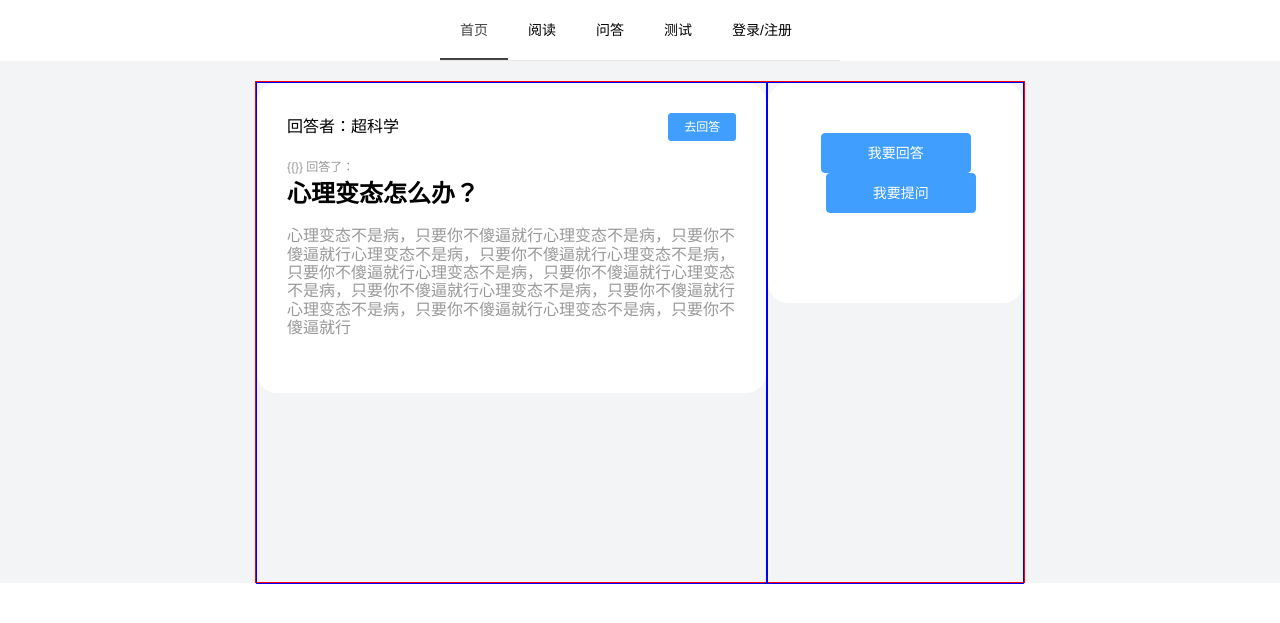
Repository: shengligo/xyx_vue_v1
Page: /qs
These files come from the project's save history. The page is drawn as it stood at one moment and after the next save; the edit follows.
The browser window is 1280 px wide. The pictures show the whole page.
The project was rebuilt for these pictures with package versions that can differ from the ones it lists, and the page was loaded fresh each time. Also part of the build but not shown: vue.config.js, src/views/home/childComps/Art.vue, src/views/author/authors.vue.

Above is the page before, as saved 2021-09-04 16:21:34.

### public/index.html
<!DOCTYPE html>
<html lang="">
  <head>
    <meta charset="utf-8">
    <meta http-equiv="X-UA-Compatible" content="IE=edge">
    <meta name="viewport" content="width=device-width,initial-scale=1.0">
    <link rel="icon" href="<%= BASE_URL %>favicon.ico">
    <title>project0000001</title>
  </head>
  <body>
    <noscript>
      <strong>We're sorry but <%= htmlWebpackPlugin.options.title %> doesn't work properly without JavaScript enabled. Please enable it to continue.</strong>
    </noscript>
    <div id="app"></div>
    <!-- built files will be auto injected -->
  </body>
</html>

### src/main.js
import Vue from 'vue'
import App from './App.vue'
import router from './router'
import store from './store'
import 'element-ui/lib/theme-chalk/index.css';
import axios from "axios";
axios.defaults.baseURL = "/api"; // http://10.1.2.85:8091/essay
axios.defaults.headers.common["Content-Type"] ="application/json;charset=UTF-8";
axios.defaults.withCredentials = true // 表示跨域请求时是否需要使用凭证
Vue.prototype.$ajax = axios;
import ElementUI from 'element-ui'

Vue.config.productionTip = false
Vue.use(ElementUI)

new Vue({
  router,
  store,
  render: h => h(App)
}).$mount('#app')

### src/App.vue
<template>
  <div id="app">
    <nav-bar ></nav-bar>
    <!-- <carousel></carousel> -->
    <!-- <art></art> -->


    <router-view></router-view>

  </div>
</template>
<script>

import NavBar from './components/common/NavBar'
import Art from '@/views/home/childComps/Art'
// import Carousel from '@/components/common/Carousel'


export default {
  name: "app",
  components:{
    NavBar,
    Art,




  }
};
</script>



<style>
@import url('assets/css/normalize.css');
#app{
  font-family: "Helvetica Neue",Helvetica,"PingFang SC","Hiragino Sans GB","Microsoft YaHei","微软雅黑",Arial,sans-serif;
}



</style>

### src/router/index.js

import Vue from 'vue'
import VueRouter from 'vue-router'
import Auther from '../views/author/authors.vue'

const Home = () => import('../views/home/Home')

const Question = () => import('../views/questions/Question')
const Read = () => import('../views/read/Read')
const Test = () => import('../views/testing/Test')
const Login = () => import('../components/common/login/Login')
const originalPush = VueRouter.prototype.push

VueRouter.prototype.push = function push(location) {
  return originalPush.call(this, location).catch(err => err)
}
// fksdljfkjdsjflsdjlfja
Vue.use(VueRouter)

const routes = [
  {
    path: '/',
    name: 'Home',
    component: Home
  },
  {
    path: '/auther',
    component: Auther
  },
  // {
  //   path: '/home',
  //   name: 'Home',
  //   component: Home
  // },

  {
    path:'/qs',
    name:'Qs',
    component:Question
  },
  {
    path:'/read',
    name:'Read',
    component:Read
  },
  {
    path:'/test',
    name:'Test',
    component:Test
  },
  {
    path:'/login',
    name:'Login',
    component:Login
  }
]

const router = new VueRouter({
  mode: 'history',
  base: process.env.BASE_URL,
  routes
})

export default router

### src/store/index.js
import Vue from 'vue'
import Vuex from 'vuex'

Vue.use(Vuex)

export default new Vuex.Store({
  state: {
    activeIndex:'1',
    baceUrl: 'http://10.1.2.85:8091/'
  },
  mutations: {
    ChangeActive (state,index) {
      // console.log(state,index)
      state.activeIndex = index
    }
  },
  actions: {
  },
  modules: {
  }
})

### src/components/common/NavBar.vue
<template>
  <div>
     <div class="nav">

       <el-menu
          :default-active="$store.state.activeIndex"
          class="el-menu-demo"
          mode="horizontal"
          text-color="#000000"
          active-text-color="#444444"
        >
          <el-menu-item index="1" @click="itemclick">首页</el-menu-item>
          <el-menu-item index="2" @click="itemclick2">阅读</el-menu-item>
          <el-menu-item index="3" @click="itemclick3">问答</el-menu-item>
          <el-menu-item index="4" @click="itemclick4">测试</el-menu-item>
          <el-menu-item index="5" @click="itemclick5">登录/注册</el-menu-item>
        </el-menu>

     </div>

  </div>
</template>

<script>


export default {

  name: "navbar",
  data() {
    return {
    }
  },
  methods:{
    itemclick(){
      console.log('itemclick');
      this.$router.push("/")
    },
    itemclick2(){
      this.$router.push("/read")
    },
    itemclick3(){
      this.$router.push("./qs")
    },
    itemclick4(){
      this.$router.push('./test')
    },
    itemclick5(){
      this.$router.push('/login')
    }

  },

};
</script>

<style scoped>
.nav{

  margin: 0 auto;
  /* background-color: rgba(217, 221, 221, 0.918);
   */
   /* background-color: #5880A9; */
  padding: 0;


}
.nav>.el-menu{
  width: 400px;
  margin: 0 auto;
  /* background-color: rgba(217, 221, 221, 0.918); */
}

</style>

### src/views/questions/Question.vue
<template>
  <div id="question">
    <div class="bodyCenter">
      <div class="bodyright">
        <div v-for="(item,index) in results" :key="index" class="rightbox">

          <div>
            <div class="answerer">
              <span>回答者：{{item.answerer}}</span>
              <el-button type="primary" size="mini">去回答</el-button>
            </div>
            <div class="time">{{}} 回答了：</div>
            <h2 class="title">{{item.title}}</h2>
            <div class="answerContent">{{item.answerContent}}</div>
          </div>
        </div>
      </div>
      <div class="bodyleft">
        <div class="leftbox">
          <div class="leftboxbutton">
            <el-button type="primary" >我要回答</el-button>
            <el-button type="primary" >我要提问</el-button>
          </div>


        </div>
      </div>
    </div>
  </div>
</template>

<script>
export default {
  name: "question",
  data() {
    return {
      results: [
        {
          title: "心理变态怎么办？",
          quizzer: "花开富贵",
          quizContent: "心理超级变态是不是没救了",
          quizType: null,
          status: null,
          label: null,
          answerer: "超科学",
          answerContent:
            "心理变态不是病，只要你不傻逼就行心理变态不是病，只要你不傻逼就行心理变态不是病，只要你不傻逼就行心理变态不是病，只要你不傻逼就行心理变态不是病，只要你不傻逼就行心理变态不是病，只要你不傻逼就行心理变态不是病，只要你不傻逼就行心理变态不是病，只要你不傻逼就行心理变态不是病，只要你不傻逼就行",
          likePoint: 0
        }
      ]
    };
  }
};
</script>

<style scoped>
#question {
  width: 100%;
  height: 100%;
  padding-top: 20px;
  background-color: rgb(243, 244, 245);
}
.bodyCenter {
  width: 60%;
  height: 500px;
  margin: 0 auto;
  display: flex;
  border: 1px solid red;
}
.bodyright {
  border: 1px solid blue;
  /* width: 40%; */
  flex: 2;
  height: 500px;
}
.bodyleft {
  border: 1px solid blue;
  /* width: 20%; */
  flex: 1;
  height: 500px;
}
.rightbox {
  height: 250px;
  width: calc(100% - 60px);
  padding: 30px;
  border-radius: 20px;
  background-color: #fff;
}
.answerer {
  display: flex;
  justify-content: space-between;
  line-height: 28px;
}
.time {
  margin-top: 20px;
  font-size: 12px;
  color: #999;
}
.title {
  margin-top: 5px;
}
.answerContent {
  color: #999;
}
.leftbox {
  padding: 50px 30px;
  height: 120px;
  border-radius: 20px;
  background-color: #fff;
}
.leftboxbutton {
  text-align: center;
}
.leftboxbutton button{
  width: 150px;
}
</style>

Loaded but not shown: src/assets/css/normalize.css (library)

After the next save:
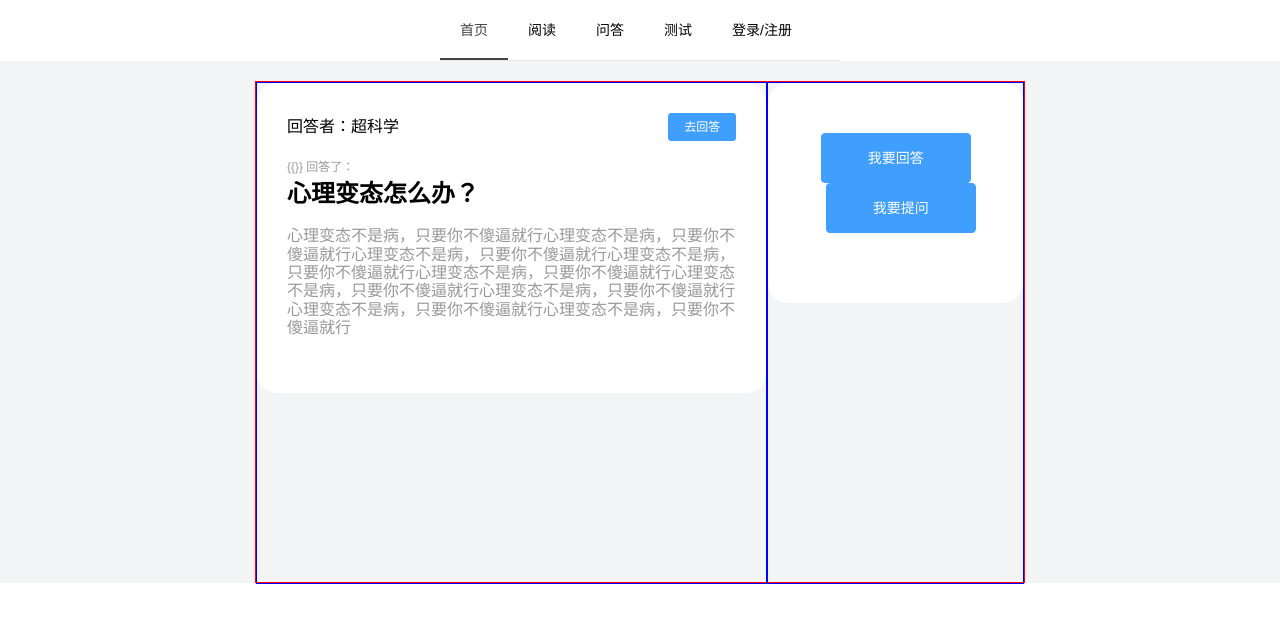
Saved 20 s later.
--- a/src/views/questions/Question.vue
+++ b/src/views/questions/Question.vue
@@ -113,5 +113,6 @@
 }
 .leftboxbutton button{
   width: 150px;
+  height: 50px;
 }
 </style>

After the save that followed:
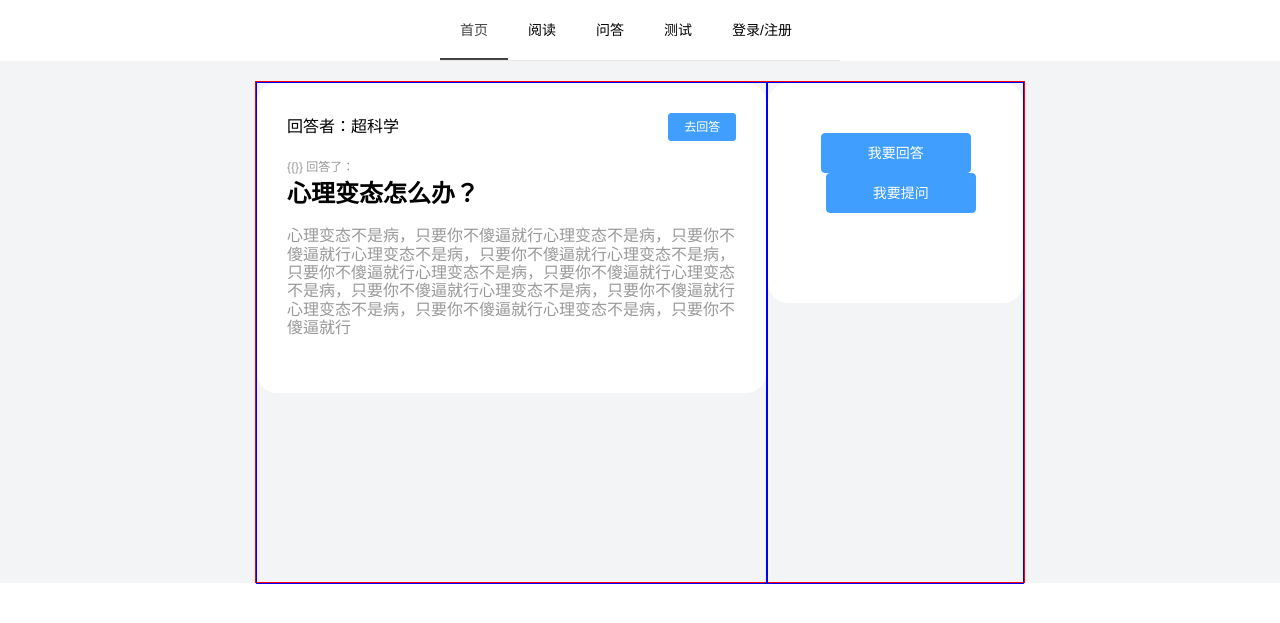
Saved 7 s later.
--- a/src/views/questions/Question.vue
+++ b/src/views/questions/Question.vue
@@ -113,6 +113,6 @@
 }
 .leftboxbutton button{
   width: 150px;
-  height: 50px;
+  height: 40px;
 }
 </style>
